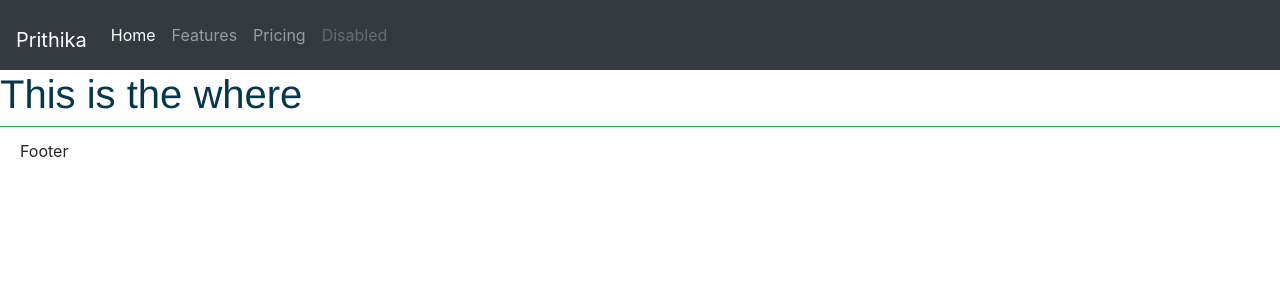
Repository: Imprasna/pritk
Page: index.html
The author's editor kept a copy of each file at every save. The page is drawn from the files as they stood at one save, then again after the next save.
The browser window is 1280 px wide. The pictures show the whole page.

Above is the page before, as saved 2021-12-15 14:15:53.

After the next save:
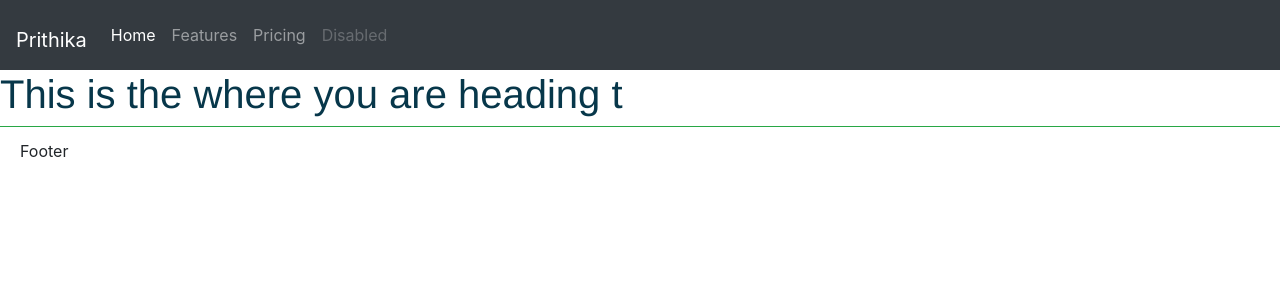
Saved 6 s later.
--- a/index.html
+++ b/index.html
@@ -40,7 +40,7 @@
 
 
     <main>
-        <h1>This is the where </h1>
+        <h1>This is the where you are heading t</h1>
     </main>
 
     <footer>
